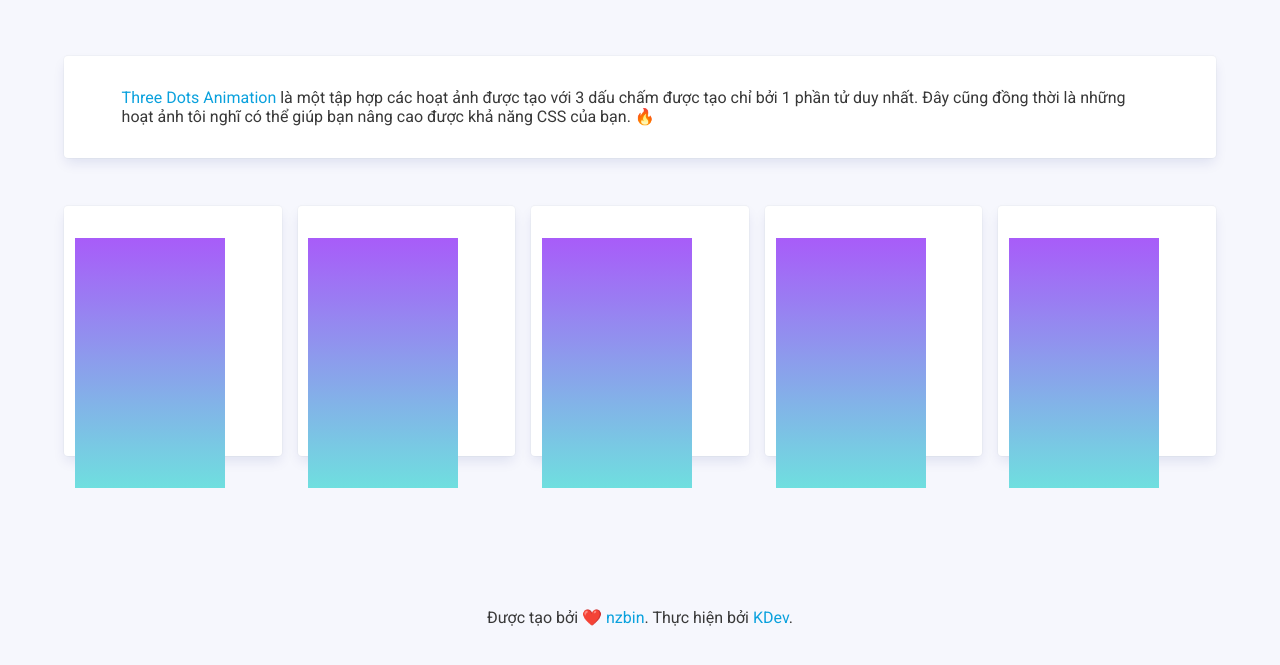
Repository: haokiet2501/lazy-loader-animation
Page: index.html
These files come from the project's save history. The page is drawn as it stood at one moment and after the next save; the edit follows.
The browser window is 1280 px wide. The pictures show the whole page.
The style sheet was rebuilt from its Sass, Less or Tailwind sources for each picture, by a compiler version that may differ from the author's.

Above is the page before, as saved 2022-05-06 19:54:52.

### index.html
<!DOCTYPE html>
<html lang="en">
<head>
    <meta charset="UTF-8">
    <meta http-equiv="X-UA-Compatible" content="IE=edge">
    <meta name="viewport" content="width=device-width, initial-scale=1.0">
    <link rel="shortcut icon" href="image/KDEV.png" type="image/x-icon">
    <link rel="stylesheet" href="sass/css/styles.css">
    <title>Three Dots Animation</title>
</head>
<body>
    <div class="container">
        <div class="title">
            <a href="/" target="_blank">Three Dots Animation</a> là một tập hợp các hoạt ảnh được tạo với 3 dấu chấm được tạo chỉ bởi 1 phần tử duy nhất. Đây cũng đồng thời là những hoạt ảnh tôi nghĩ có thể giúp bạn nâng cao được khả năng CSS của bạn. 🔥
        </div>

        <div class="row">
            <div class="box">
                <div class="stage">

                </div>
            </div>
            <div class="box">
                <div class="stage">

                </div>
            </div>
            <div class="box">
                <div class="stage">

                </div>
            </div>
            <div class="box">
                <div class="stage">

                </div>
            </div>
            <div class="box">
                <div class="stage">

                </div>
            </div>
        </div>

        <footer class="footer">
            <p>
                Được tạo bởi ❤️ <a href="https://github.com/nzbin" target="_blank">nzbin</a>.
                Thực hiện bởi <a href="/" target="_blank">KDev</a>.
            </p>
        </footer>
    </div>
</body>
</html>

### sass/styles.scss
@import 'base/base';

$color-text: #383838;
$color-line: #50dfdb;

.container {
    padding: 2rem 4rem;
}

.title {
    background: #fff;
    padding: 2rem 5%;
    margin: 1.5rem 0;
    box-shadow: 0 .4rem .8rem -.1rem rgba(0, 32, 128, .1), 0 0 0 1px #f0f2f7;
    border-radius: .25rem;
    color: $color-text;
}

.box {
    position: relative;
    height: 250px;
    background: #fff;
    padding: 2rem 5%;
    margin: 1.5rem 0;
    box-shadow: 0 .4rem .8rem -.1rem rgba(0, 32, 128, .1), 0 0 0 1px #f0f2f7;
    border-radius: .25rem;
}

.box::before {
    content: '';
    position: absolute;
    width: 150px;
    height: 100%;
    background: linear-gradient(#A85CF9, #6FDFDF);
}

.row {
    display: grid;
    grid-template-columns: repeat(auto-fill, minmax(184px, 1fr));
    gap: 24px 16px;
}

.footer {
    display: flex;
    justify-content: center;
    align-items: center;
    margin: 128px 0 20px;
}

.footer > p {
    color: $color-text;
}

### sass/base/_base.scss
@import url('https://fonts.googleapis.com/css2?family=Roboto:wght@300;400;500;700&display=swap');

*, ::before, ::after {
    margin: 0;
    padding: 0;
    box-sizing: border-box;
}

html, body {
    scroll-behavior: smooth;
    font-family: 'Roboto', sans-serif;
    background: #f6f7fd;
    height: 100%;
    overflow: auto;
}

a {
    text-decoration: none;
    color: #0AA1DD;
}

After the next save:
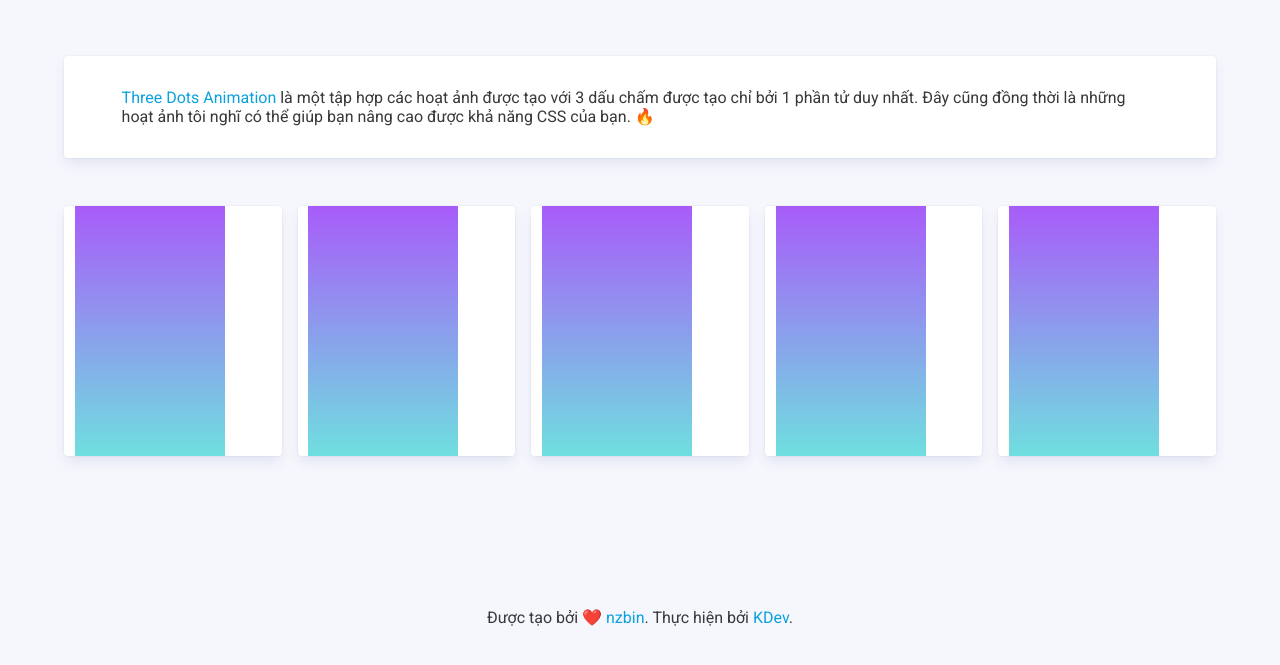
Saved 28 s later.
--- a/sass/styles.scss
+++ b/sass/styles.scss
@@ -29,6 +29,7 @@ $color-line: #50dfdb;
 .box::before {
     content: '';
     position: absolute;
+    top: 0;
     width: 150px;
     height: 100%;
     background: linear-gradient(#A85CF9, #6FDFDF);
